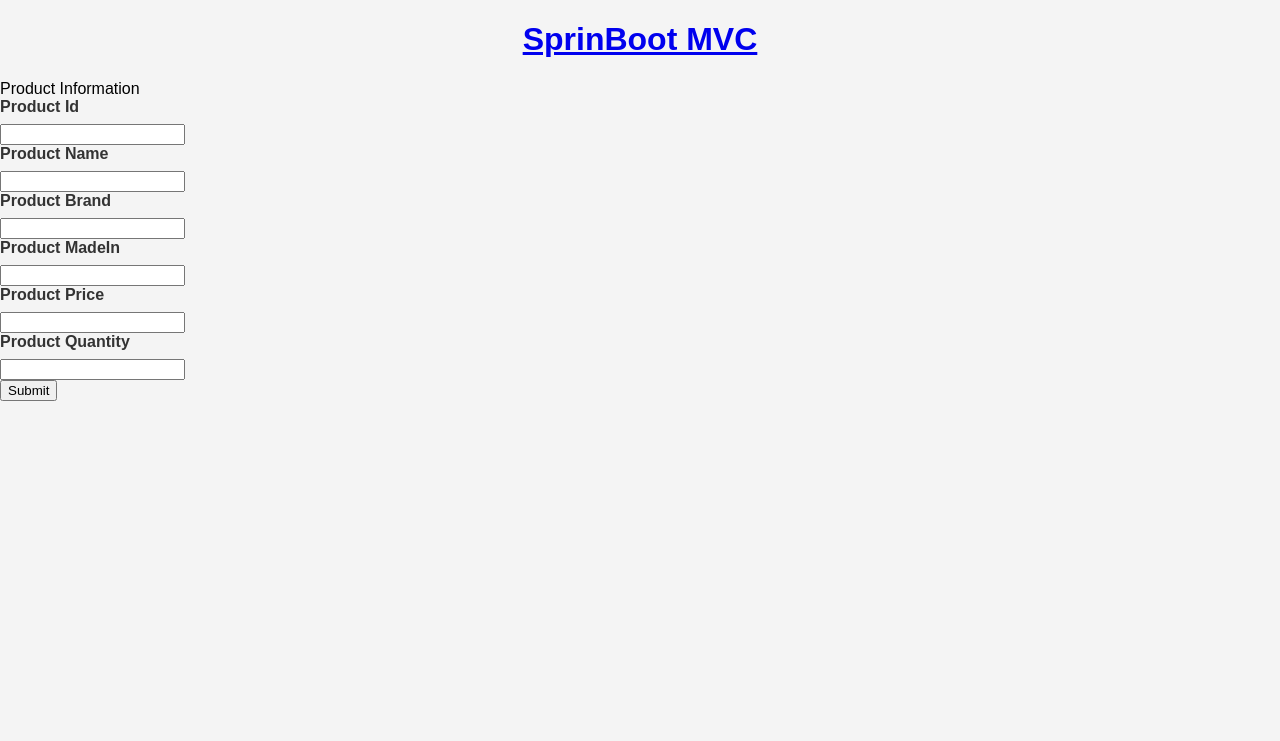
Repository: Prishu1310/SpringBootProjects
Page: http://localhost/add-product
An editor plug-in stored every save of this project. The page is shown before and after the next save, followed by the edit.
The browser window is 1280 px wide. The pictures show the whole page.
The page is this project's Thymeleaf template; nobody is signed in. The template is opened directly, without the code that normally fills it, so the values that code supplies are empty.

Above is the page before, as saved 2024-12-21 16:55:11.

### com.springbootmvc/src/main/resources/templates/add-product.html
<!DOCTYPE html>
<html lang="en" xmlns:th="http://www.thymeleaf.org">
<head>
    <meta charset="UTF-8">
    <meta name="viewport" content="width=device-width, initial-scale=1.0">
    <title>Product Form</title>
    <style>
    body {
    font-family: Arial, sans-serif;
    background-color: #f4f4f4;
    margin: 0;
    padding: 0;
}

.form-container {
    background-color: white;
    max-width: 500px;
    margin: 50px auto;
    padding: 30px;
    border-radius: 8px;
    box-shadow: 0 4px 8px rgba(0, 0, 0, 0.1);
}

h1 {
    text-align: center;
    color: #333;
}

.form-group {
    margin-bottom: 20px;
}

label {
    font-weight: bold;
    display: block;
    margin-bottom: 8px;
    color: #333;
}

input[type="text"],
input[type="number"] {
    width: 100%;
    padding: 10px;
    margin-top: 5px;
    border: 1px solid #ccc;
    border-radius: 4px;
    font-size: 16px;
}

input[type="number"]::-webkit-outer-spin-button,
input[type="number"]::-webkit-inner-spin-button {
    -webkit-appearance: none;
    margin: 0;
}

.submit-btn {
    width: 100%;
    padding: 12px;
    background-color: #4CAF50;
    color: white;
    font-size: 16px;
    border: none;
    border-radius: 4px;
    cursor: pointer;
    transition: background-color 0.3s;
}

.submit-btn:hover {
    background-color: #45a049;
}
    </style>
</head>
<body>

    <div class="login-root">
    <div class="box-root flex-flex flex-direction--column" style="min-height: 100vh;flex-grow: 1;">
      <div class="loginbackground box-background--white padding-top--64">
        <div class="loginbackground-gridContainer">
          <div class="box-root flex-flex" style="grid-area: top / start / 8 / end;">
            <div class="box-root" style="background-image: linear-gradient(white 0%, rgb(247, 250, 252) 33%); flex-grow: 1;">
            </div>
          </div>
          <div class="box-root flex-flex" style="grid-area: 4 / 2 / auto / 5;">
            <div class="box-root box-divider--light-all-2 animationLeftRight tans3s" style="flex-grow: 1;"></div>
          </div>
          <div class="box-root flex-flex" style="grid-area: 6 / start / auto / 2;">
            <div class="box-root box-background--blue800" style="flex-grow: 1;"></div>
          </div>
          <div class="box-root flex-flex" style="grid-area: 7 / start / auto / 4;">
            <div class="box-root box-background--blue animationLeftRight" style="flex-grow: 1;"></div>
          </div>
          <div class="box-root flex-flex" style="grid-area: 8 / 4 / auto / 6;">
            <div class="box-root box-background--gray100 animationLeftRight tans3s" style="flex-grow: 1;"></div>
          </div>
          <div class="box-root flex-flex" style="grid-area: 2 / 15 / auto / end;">
            <div class="box-root box-background--cyan200 animationRightLeft tans4s" style="flex-grow: 1;"></div>
          </div>
          <div class="box-root flex-flex" style="grid-area: 3 / 14 / auto / end;">
            <div class="box-root box-background--blue animationRightLeft" style="flex-grow: 1;"></div>
          </div>
          <div class="box-root flex-flex" style="grid-area: 4 / 17 / auto / 20;">
            <div class="box-root box-background--gray100 animationRightLeft tans4s" style="flex-grow: 1;"></div>
          </div>
          <div class="box-root flex-flex" style="grid-area: 5 / 14 / auto / 17;">
            <div class="box-root box-divider--light-all-2 animationRightLeft tans3s" style="flex-grow: 1;"></div>
          </div>
        </div>
      </div>
      <div class="box-root padding-top--24 flex-flex flex-direction--column" style="flex-grow: 1; z-index: 9;">
        <div class="box-root padding-top--48 padding-bottom--24 flex-flex flex-justifyContent--center">
          <h1><a href="http://blog.stackfindover.com/" rel="dofollow">SprinBoot MVC</a></h1>
        </div>
        <div class="formbg-outer">
          <div class="formbg">
            <div class="formbg-inner padding-horizontal--48">
              <span class="padding-bottom--15" style="text-align:center">Product Information</span>
              <form id="stripe-login" th:action="@{/saveProduct}" method="post">
                <div class="field padding-bottom--24">
                  <label for="email">Product Id</label>
                  <input type="email" name="id">
                </div>
                <div class="field padding-bottom--24">
                  <label for="email">Product Name</label>
                  <input type="email" name="id">
                </div>
                <div class="field padding-bottom--24">
                  <label for="email">Product Brand</label>
                  <input type="email" name="id">
                </div>
                <div class="field padding-bottom--24">
                  <label for="email">Product MadeIn</label>
                  <input type="email" name="id">
                </div>
                <div class="field padding-bottom--24">
                  <label for="email">Product Price</label>
                  <input type="email" name="id">
                </div>
                <div class="field padding-bottom--24">
                  <label for="email">Product Quantity</label>
                  <input type="email" name="id">
                </div>
                <div class="field padding-bottom--24">
                  <input type="submit" name="submit" value="Submit">
                </div>
              </form>
            </div>
          </div>
        </div>
      </div>
    </div>
  </div>
</body>
</html>

After the next save:
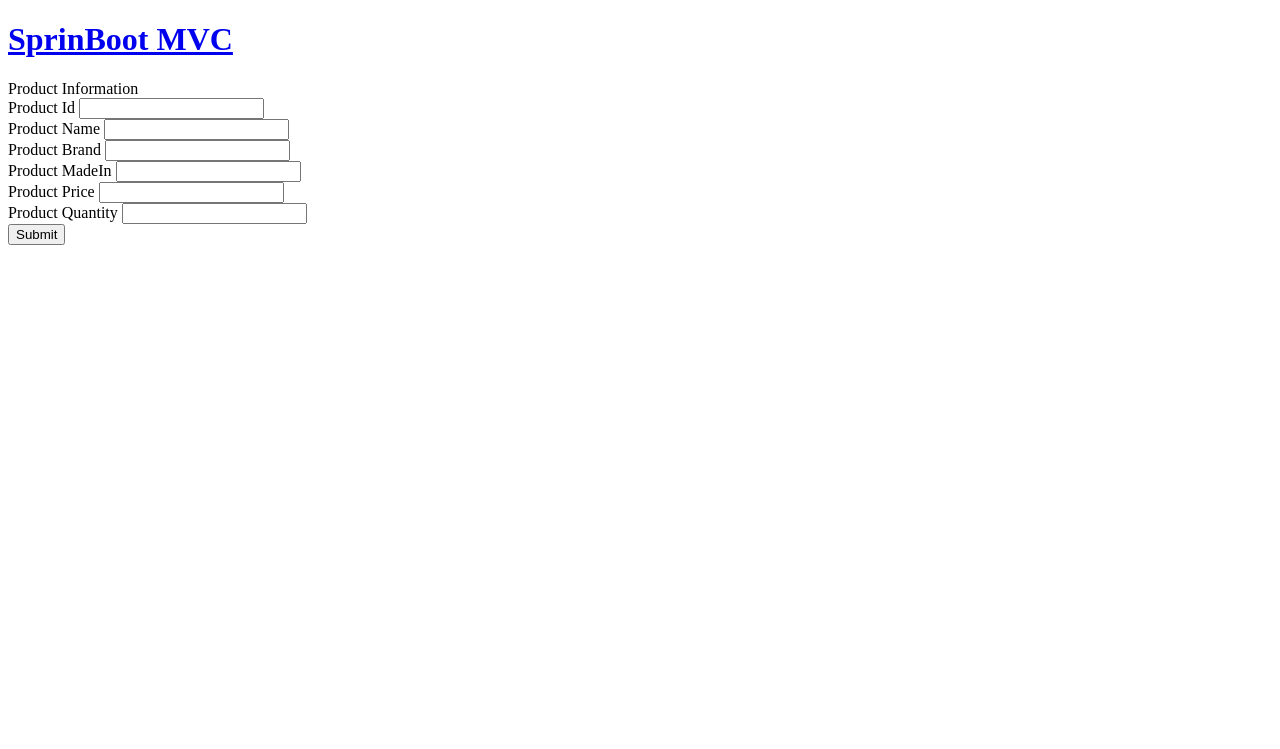
Saved 37 s later.
--- a/com.springbootmvc/src/main/resources/templates/add-product.html
+++ b/com.springbootmvc/src/main/resources/templates/add-product.html
@@ -5,69 +5,7 @@
     <meta name="viewport" content="width=device-width, initial-scale=1.0">
     <title>Product Form</title>
     <style>
-    body {
-    font-family: Arial, sans-serif;
-    background-color: #f4f4f4;
-    margin: 0;
-    padding: 0;
-}
-
-.form-container {
-    background-color: white;
-    max-width: 500px;
-    margin: 50px auto;
-    padding: 30px;
-    border-radius: 8px;
-    box-shadow: 0 4px 8px rgba(0, 0, 0, 0.1);
-}
-
-h1 {
-    text-align: center;
-    color: #333;
-}
-
-.form-group {
-    margin-bottom: 20px;
-}
-
-label {
-    font-weight: bold;
-    display: block;
-    margin-bottom: 8px;
-    color: #333;
-}
-
-input[type="text"],
-input[type="number"] {
-    width: 100%;
-    padding: 10px;
-    margin-top: 5px;
-    border: 1px solid #ccc;
-    border-radius: 4px;
-    font-size: 16px;
-}
-
-input[type="number"]::-webkit-outer-spin-button,
-input[type="number"]::-webkit-inner-spin-button {
-    -webkit-appearance: none;
-    margin: 0;
-}
-
-.submit-btn {
-    width: 100%;
-    padding: 12px;
-    background-color: #4CAF50;
-    color: white;
-    font-size: 16px;
-    border: none;
-    border-radius: 4px;
-    cursor: pointer;
-    transition: background-color 0.3s;
-}
-
-.submit-btn:hover {
-    background-color: #45a049;
-}
+    form th:action="@{/saveProduct}" method="post"
     </style>
 </head>
 <body>
